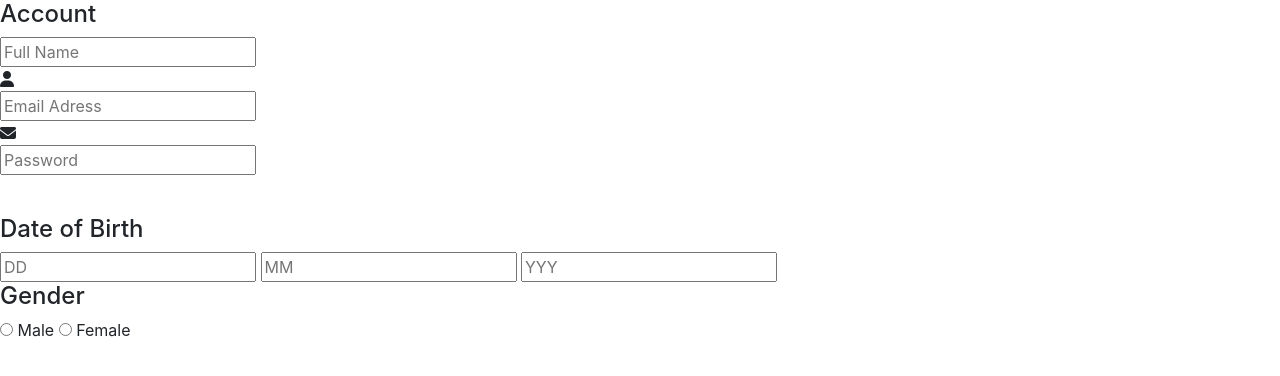
Repository: letrongtinh27/LapTrinhWeb
Page: Payment/index.html
An editor plug-in stored every save of this project. The page is shown before and after the next save, followed by the edit.
The browser window is 1280 px wide. The pictures show the whole page.

Above is the page before, as saved 2022-10-10 20:46:42.

After the next save:
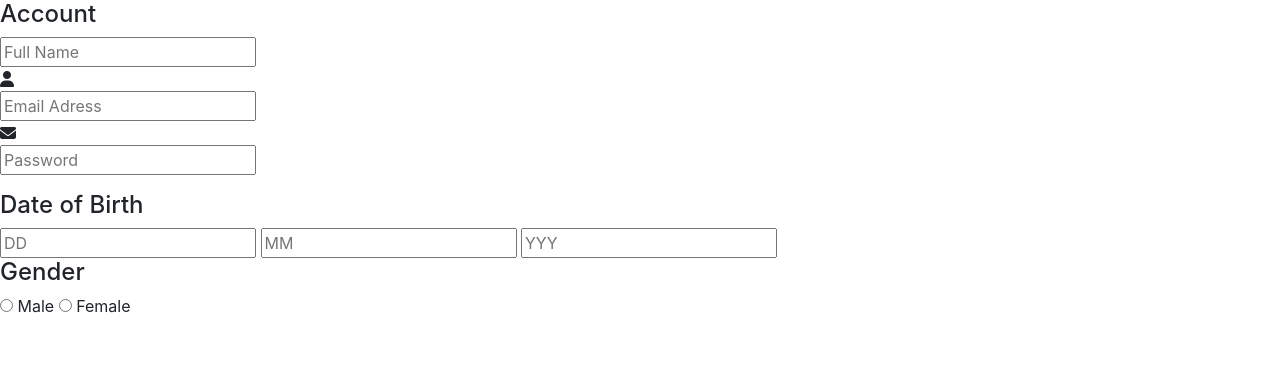
Saved 14 s later.
--- a/Payment/index.html
+++ b/Payment/index.html
@@ -30,7 +30,7 @@
             <div class="form-item">
                 <input type="password" placeholder="Password">
                 <div class="icon">
-                    <i class="fa-regular fa-key-skeleton"></i>
+                    <i class="fa-light fa-key-skeleton"></i>
                 </div>
             </div>
         </div>

After the save that followed:
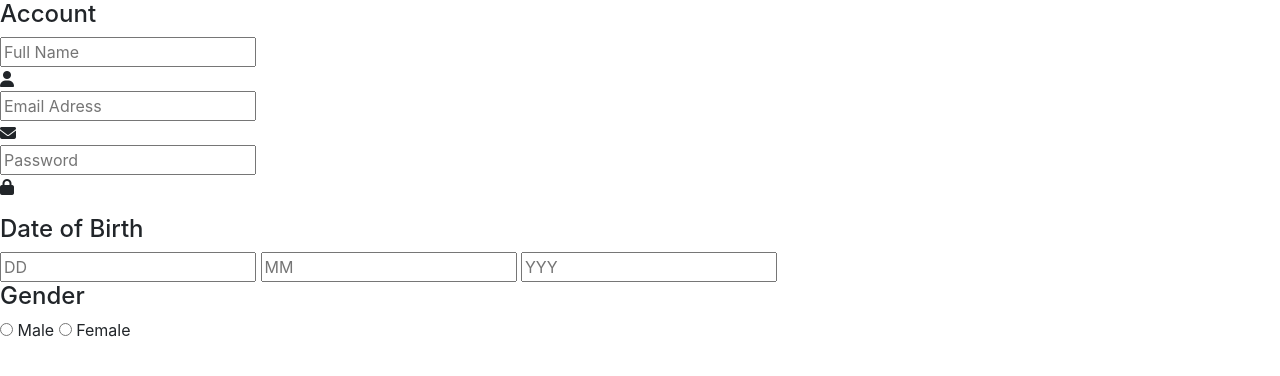
Saved 27 s later.
--- a/Payment/index.html
+++ b/Payment/index.html
@@ -30,7 +30,7 @@
             <div class="form-item">
                 <input type="password" placeholder="Password">
                 <div class="icon">
-                    <i class="fa-light fa-key-skeleton"></i>
+                    <i class="fa-solid fa-lock"></i>
                 </div>
             </div>
         </div>
